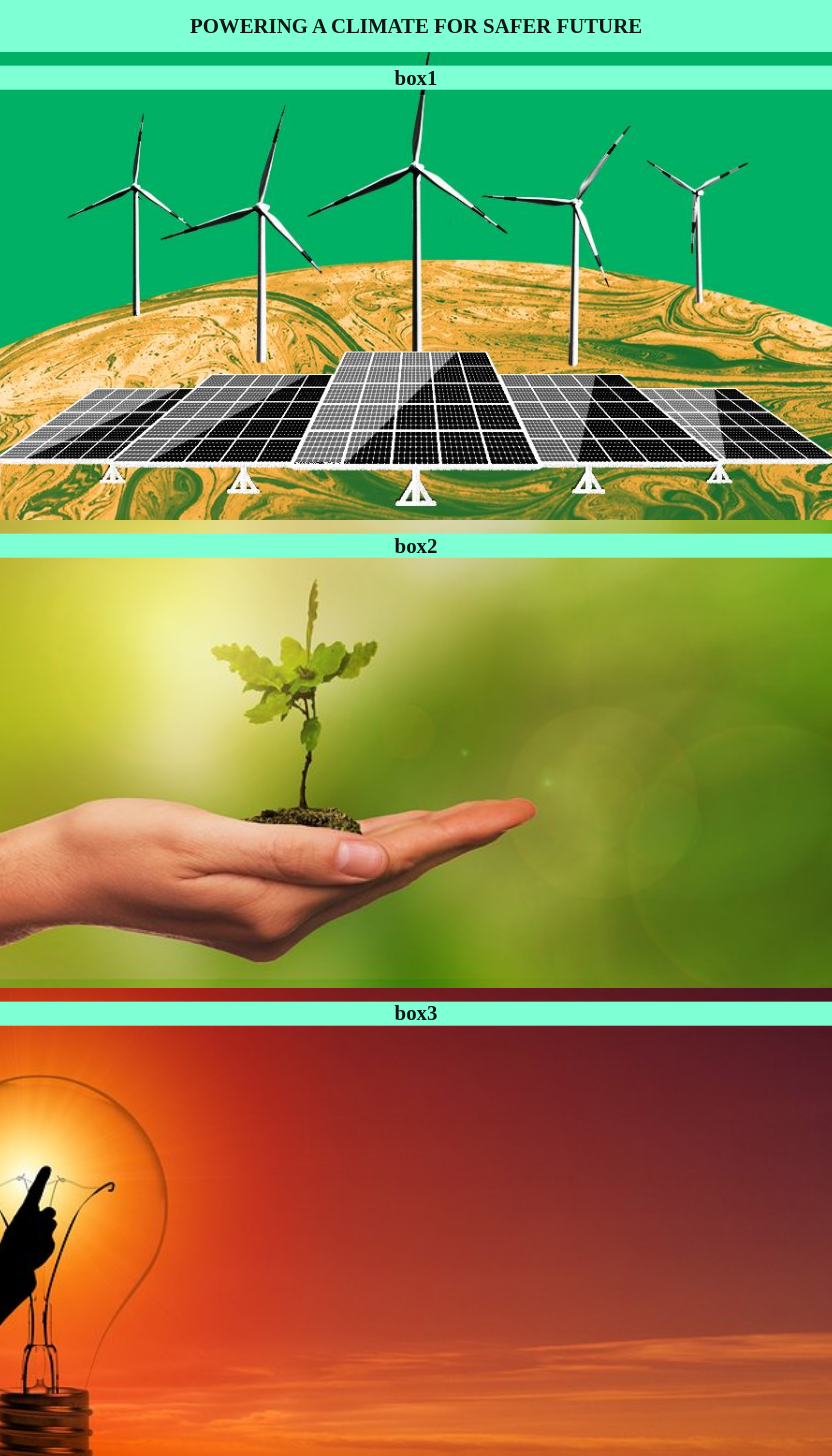
Repository: NavinDayanithi/static-web-design-competition
Page: index.html
An editor plug-in stored every save of this project. The page is shown before and after the next save, followed by the edit.
The browser window is 1280 px wide. The pictures show the whole page, at 65% of full size.
Backgrounds fixed to the window are drawn as part of the page.

Above is the page before, as saved 2023-04-28 19:43:27.

### index.html
<!DOCTYPE html>
<html lang="en">
<head>
  <title>POWERING CLIMATE </title>
  <link rel="stylesheet" href="styles.css">
</head>
<body>
    <h1 >POWERING A CLIMATE FOR SAFER FUTURE</h1>
    <div class="box1">
        <h1>box1</h1>
    </div>
    <div class="box2">
        <h1>box2</h1>
    </div>
    <div class="box3">
        <h1>box3</h1>
    </div>
</body>
</html>

### styles.css
*{
    background-color: aquamarine;
}
h1
{
    text-align:center;
    color:rgb(19, 20, 20);

}

 body{
    margin: 0;
    padding: 0;
    /* background-color: blue; */
}
head{
    text-align: center;
}

.box1{
    height: 100vh;
    width:100%;
    background-image: url(img1.jpg);
    background-size: cover;
    background-position: center;
    display: table;
    background-attachment: fixed;
}

.box2{
    height: 100vh;
    width:100%;
    background-image: url(img2.jpg);
    background-size: cover;
    background-position: center;
    display: table;
    background-attachment: fixed;
}

.box3{
    height: 100vh;
    width:100%;
    background-image: url(img3.jpg);
    background-size: cover;
    background-position: center;
    display: table;
    background-attachment: fixed;
}

After the next save:
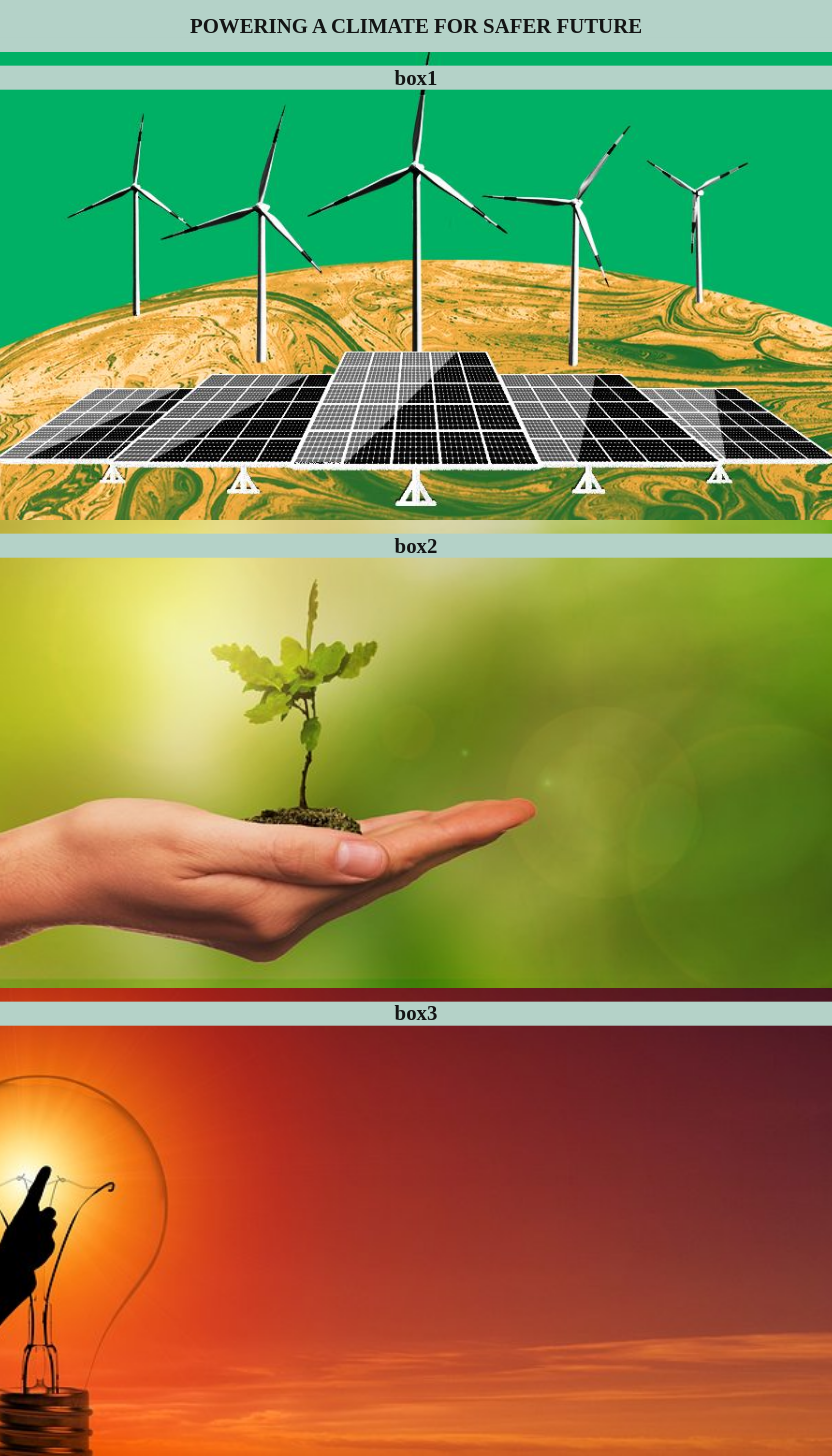
Saved 6 s later.
--- a/styles.css
+++ b/styles.css
@@ -1,5 +1,5 @@
 *{
-    background-color: aquamarine;
+    background-color: rgb(180, 210, 200);
 }
 h1
 {
